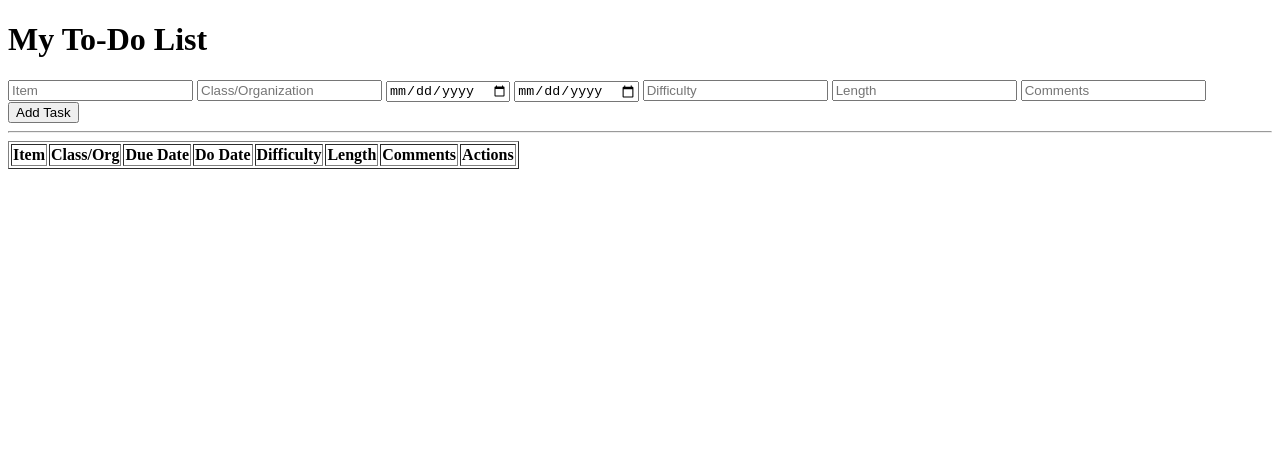
Repository: Hmm100-star/todo-app
Page: http://localhost/
An editor plug-in stored every save of this project. The page is shown before and after the next save, followed by the edit.
The browser window is 1280 px wide. The pictures show the whole page.
The page is served by the project's application, run on Flask 3 (app.py). Queries for data that is not in the repository find no rows.

Above is the page before, as saved 2025-08-12 18:48:30.

After the next save:
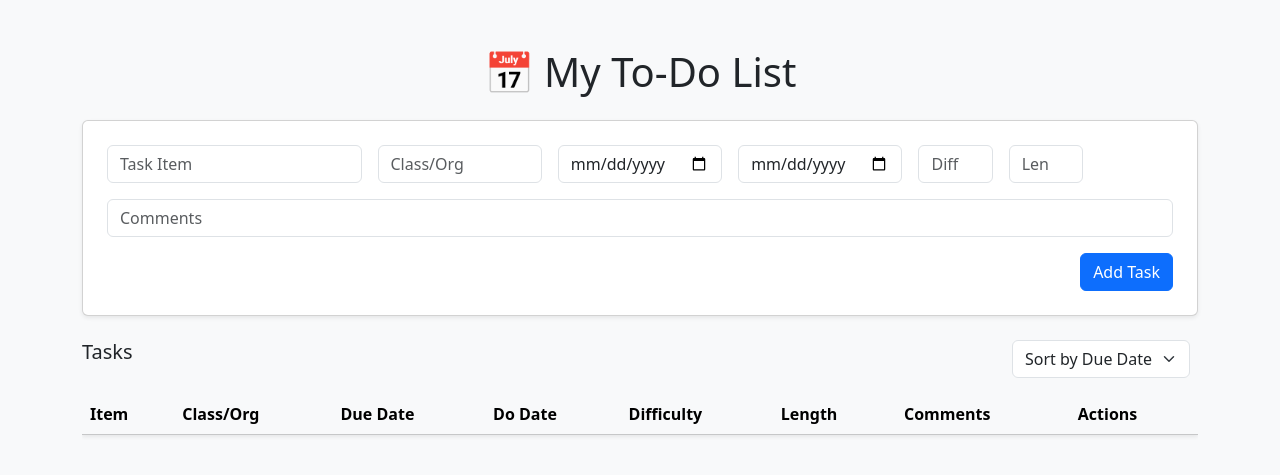
Saved 12 s later.
--- a/templates/index.html
+++ b/templates/index.html
@@ -2,49 +2,90 @@
 <html>
 <head>
     <title>My To-Do List</title>
+    <link href="https://cdn.jsdelivr.net/npm/bootstrap@5.3.2/dist/css/bootstrap.min.css" rel="stylesheet">
 </head>
-<body>
-    <h1>My To-Do List</h1>
+<body class="bg-light">
 
-    <form action="/add" method="POST">
-        <input type="text" name="item" placeholder="Item" required>
-        <input type="text" name="class_org" placeholder="Class/Organization">
-        <input type="date" name="due_date">
-        <input type="date" name="do_date">
-        <input type="text" name="difficulty" placeholder="Difficulty">
-        <input type="text" name="length" placeholder="Length">
-        <input type="text" name="comments" placeholder="Comments">
-        <button type="submit">Add Task</button>
-    </form>
+<div class="container my-5">
+    <h1 class="text-center mb-4">📅 My To-Do List</h1>
 
-    <hr>
+    <!-- Add Task Form -->
+    <div class="card p-4 shadow-sm mb-4">
+        <form action="/add" method="POST" class="row g-3">
+            <div class="col-md-3">
+                <input type="text" name="item" class="form-control" placeholder="Task Item" required>
+            </div>
+            <div class="col-md-2">
+                <input type="text" name="class_org" class="form-control" placeholder="Class/Org">
+            </div>
+            <div class="col-md-2">
+                <input type="date" name="due_date" class="form-control">
+            </div>
+            <div class="col-md-2">
+                <input type="date" name="do_date" class="form-control">
+            </div>
+            <div class="col-md-1">
+                <input type="text" name="difficulty" class="form-control" placeholder="Diff">
+            </div>
+            <div class="col-md-1">
+                <input type="text" name="length" class="form-control" placeholder="Len">
+            </div>
+            <div class="col-md-12">
+                <input type="text" name="comments" class="form-control" placeholder="Comments">
+            </div>
+            <div class="col-md-12 text-end">
+                <button type="submit" class="btn btn-primary">Add Task</button>
+            </div>
+        </form>
+    </div>
 
-    <table border="1">
-        <tr>
-            <th>Item</th>
-            <th>Class/Org</th>
-            <th>Due Date</th>
-            <th>Do Date</th>
-            <th>Difficulty</th>
-            <th>Length</th>
-            <th>Comments</th>
-            <th>Actions</th>
-        </tr>
-        {% for task in tasks %}
-        <tr>
-            <td>{{ task.item }}</td>
-            <td>{{ task.class_org }}</td>
-            <td>{{ task.due_date }}</td>
-            <td>{{ task.do_date }}</td>
-            <td>{{ task.difficulty }}</td>
-            <td>{{ task.length }}</td>
-            <td>{{ task.comments }}</td>
-            <td>
-                <a href="/edit/{{ task.id }}">Edit</a>
-                <a href="/delete/{{ task.id }}">Delete</a>
-            </td>
-        </tr>
-        {% endfor %}
-    </table>
+    <!-- Sorting -->
+    <div class="d-flex justify-content-between mb-3">
+        <h5>Tasks</h5>
+        <form method="GET" class="d-flex">
+            <select name="sort_by" class="form-select me-2" onchange="this.form.submit()">
+                <option value="due_date" {% if sort_by == 'due_date' %}selected{% endif %}>Sort by Due Date</option>
+                <option value="do_date" {% if sort_by == 'do_date' %}selected{% endif %}>Sort by Do Date</option>
+            </select>
+            <noscript><input type="submit" value="Sort"></noscript>
+        </form>
+    </div>
+
+    <!-- Task Table -->
+    <div class="table-responsive">
+        <table class="table table-hover align-middle bg-white shadow-sm">
+            <thead class="table-light">
+                <tr>
+                    <th>Item</th>
+                    <th>Class/Org</th>
+                    <th>Due Date</th>
+                    <th>Do Date</th>
+                    <th>Difficulty</th>
+                    <th>Length</th>
+                    <th>Comments</th>
+                    <th>Actions</th>
+                </tr>
+            </thead>
+            <tbody>
+                {% for task in tasks %}
+                <tr>
+                    <td>{{ task.item }}</td>
+                    <td>{{ task.class_org }}</td>
+                    <td>{{ task.due_date|short_date }}</td>
+                    <td>{{ task.do_date|short_date }}</td>
+                    <td>{{ task.difficulty }}</td>
+                    <td>{{ task.length }}</td>
+                    <td>{{ task.comments }}</td>
+                    <td>
+                        <a href="/edit/{{ task.id }}" class="btn btn-sm btn-outline-secondary">Edit</a>
+                        <a href="/delete/{{ task.id }}" class="btn btn-sm btn-outline-danger">Delete</a>
+                    </td>
+                </tr>
+                {% endfor %}
+            </tbody>
+        </table>
+    </div>
+</div>
+
 </body>
 </html>
